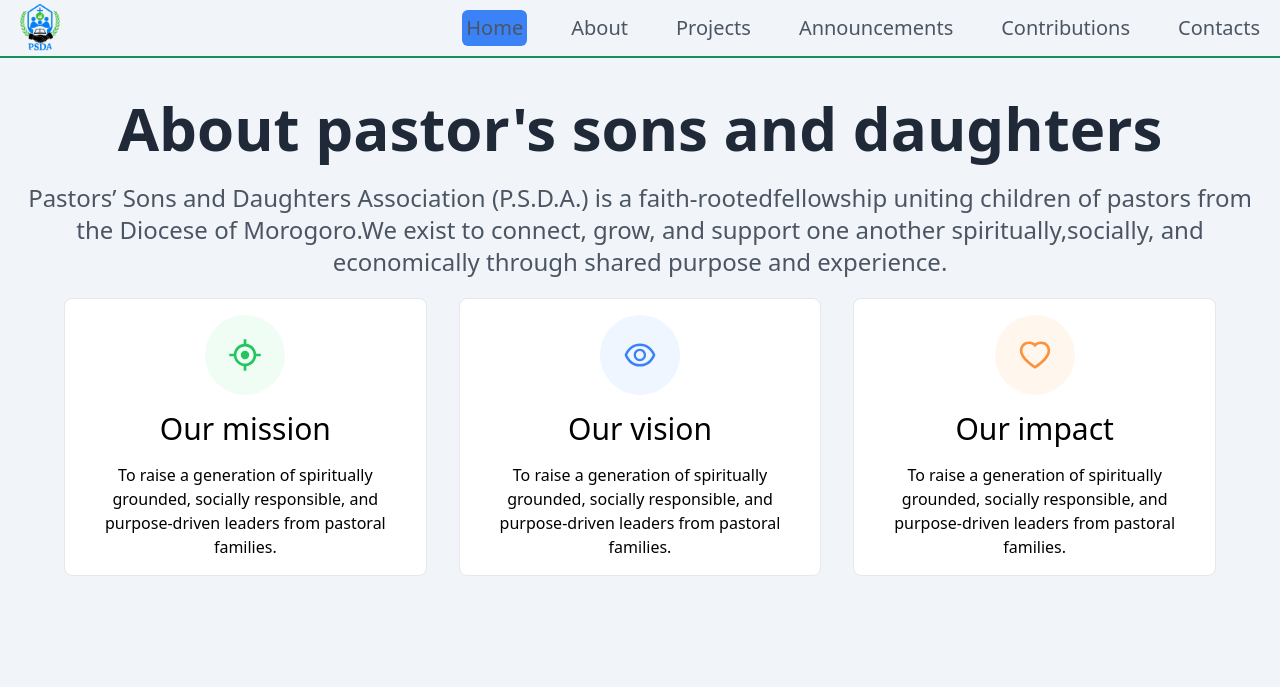
Repository: Zedestar/psda
Page: /about
The author's editor kept a copy of each file at every save. The page is drawn from the files as they stood at one save, then again after the next save.
The browser window is 1280 px wide. The pictures show the whole page.
The project was rebuilt for these pictures with package versions that can differ from the ones it lists, and the page was loaded fresh each time. Also part of the build but not shown: src/pages/home/home.jsx, src/pages/projects/projects.jsx, src/pages/announcements/announcements.jsx, src/pages/contirbutions/contributions.jsx, src/pages/contacts/contacts.jsx.

Above is the page before, as saved 2025-07-18 20:10:20.

### src/index.js
import React from "react";
import ReactDOM from "react-dom/client";
import App from "./App";
import "./index.css";
import { BrowserRouter } from "react-router-dom";

const root = ReactDOM.createRoot(document.getElementById("root"));
root.render(
  <BrowserRouter>
    <React.StrictMode>
      <App />
    </React.StrictMode>
  </BrowserRouter>
);

### src/App.js
import { Route, Routes } from "react-router-dom";
import Header from "./components/header/header";
import Home from "./pages/home/home";
import AboutPage from "./pages/about/about";
import Projects from "./pages/projects/projects";
import Announcements from "./pages/announcements/announcements";
import Contributions from "./pages/contirbutions/contributions";
import Contacts from "./pages/contacts/contacts";

function App() {
  return (
    <div className="flex flex-col flex-center h-screen bg-slate-100">
      <Header />
      <Routes>
        <Route path="/" element={<Home />} />
        <Route path="/about" element={<AboutPage />} />
        <Route path="/projects" element={<Projects />} />
        <Route path="/announcements" element={<Announcements />} />
        <Route path="/contributions" element={<Contributions />} />
        <Route path="/contact" element={<Contacts />} />
      </Routes>
    </div>
  );
}

export default App;

### src/components/header/header.jsx
import { useState } from "react";
import headerData from "./header-data";
import HeaderItem from "./header-item";
import psdaImage from "../../assets/images/psdaImage.png";

function Header() {
  const [active, setActive] = useState(1);
  return (
    <header className="flex items-center justify-between px-4 py-1 border-b-2 border-b-psdaGreen">
      <div className="text-3xl rounded-full overflow-hidden">
        <img className="h-12 w-12" src={psdaImage} alt="" />
      </div>{" "}
      <ul className="hidden lg:flex justify-center space-x-10 flex-center">
        {headerData.map((item) => (
          <HeaderItem
            key={item.id}
            item={item}
            active={active}
            setActive={setActive}
          />
        ))}
      </ul>
      <ul className="lg:hidden">
        <li>miaaa</li>
        <li>miaaa</li>
        <li>miaaa</li>
        <li>miaaa</li>
        <li>miaaa</li>
      </ul>
    </header>
  );
}

export default Header;

### src/pages/about/about.jsx
import aboutUsData from "./about-us-data";
import mission_vission_impact_data from "./mission-vission-impact";

function AboutPage() {
  return (
    <div className="w-full h-full py-5 ">
      <div className="flex flex-col m-5 space-y-6">
        <p className="text-center text-6xl font-semibold text-gray-800">
          About pastor's sons and daughters
        </p>
        <p className="text-center text-gray-600 text-2xl">{aboutUsData}</p>
      </div>
      <div className="flex mx-12">
        {mission_vission_impact_data.map((item) => (
          <div className="border flex flex-col justify-center mx-4 space-y-4 p-4 rounded-lg text-center hover:shadow-slate-800 bg-white">
            <div className="w-full flex items-center justify-center">
              <div
                className={`flex items-center justify-center rounded-full ${item.color} w-20 h-20`}
              >
                {item.icon}
              </div>
            </div>

            <p className="text-3xl">{item.title}</p>
            <p>{item.content}</p>
          </div>
        ))}
      </div>
    </div>
  );
}

export default AboutPage;

### src/components/header/header-data.js
const headerData = [
  {
    id: 1,
    content: "Home",
    link: "/",
  },
  {
    id: 2,
    content: "About",
    link: "/about",
  },
  {
    id: 3,
    content: "Projects",
    link: "/projects",
  },
  {
    id: 4,
    content: "Announcements",
    link: "/announcements",
  },
  {
    id: 5,
    content: "Contributions",
    link: "/contributions",
  },
  {
    id: 6,
    content: "Contacts",
    link: "/contact",
  },
];

export default headerData;

### src/components/header/header-item.jsx
import { Link } from "react-router-dom";

function HeaderItem({ item, active, setActive }) {
  console.log(active);
  return (
    <li
      className={`p-1 rounded-md text-xl text-gray-600 font-gray-100 hover:bg-gray-200 transition cursor-pointer ${
        item.id === active ? "bg-blue-500" : ""
      }`}
      onClick={() => setActive(item.id)}
    >
      <Link to={item.link}>{item.content}</Link>
    </li>
  );
}

export default HeaderItem;

### src/pages/about/about-us-data.js
const aboutUsData =
  "Pastors’ Sons and Daughters Association (P.S.D.A.) is a faith-rootedfellowship uniting children of pastors from the Diocese of Morogoro.We exist to connect, grow, and support one another spiritually,socially, and economically through shared purpose and experience.";

export default aboutUsData;

### src/pages/about/mission-vission-impact.js
import { AiOutlineAim, AiOutlineEye, AiOutlineHeart } from "react-icons/ai";

const mission_vission_impact_data = [
  {
    id: 1,
    title: "Our mission",
    content:
      "To raise a generation of spiritually grounded, socially responsible, and purpose-driven leaders from pastoral families.",
    icon: <AiOutlineAim className="text-4xl text-green-500" />,
    color: "bg-green-50",
  },
  {
    id: 2,
    title: "Our vision",
    content:
      "To raise a generation of spiritually grounded, socially responsible, and purpose-driven leaders from pastoral families.",
    icon: <AiOutlineEye className="text-4xl text-blue-500" />,
    color: "bg-blue-50",
  },
  {
    id: 3,
    title: "Our impact",
    content:
      "To raise a generation of spiritually grounded, socially responsible, and purpose-driven leaders from pastoral families.",
    icon: <AiOutlineHeart className="text-4xl text-orange-400" />,
    color: "bg-orange-50",
  },
];

export default mission_vission_impact_data;

### tailwind.config.js
/** @type {import('tailwindcss').Config} */
module.exports = {
  content: ["./src/**/*.{js,jsx,ts,tsx}"],
  theme: {
    extend: {
      colors: {
        psdaGreen: "#1A8F57",
      },
    },
  },
  plugins: [],
};

Loaded but not shown: public/index.html (common file); src/index.css (common file)

After the next save:
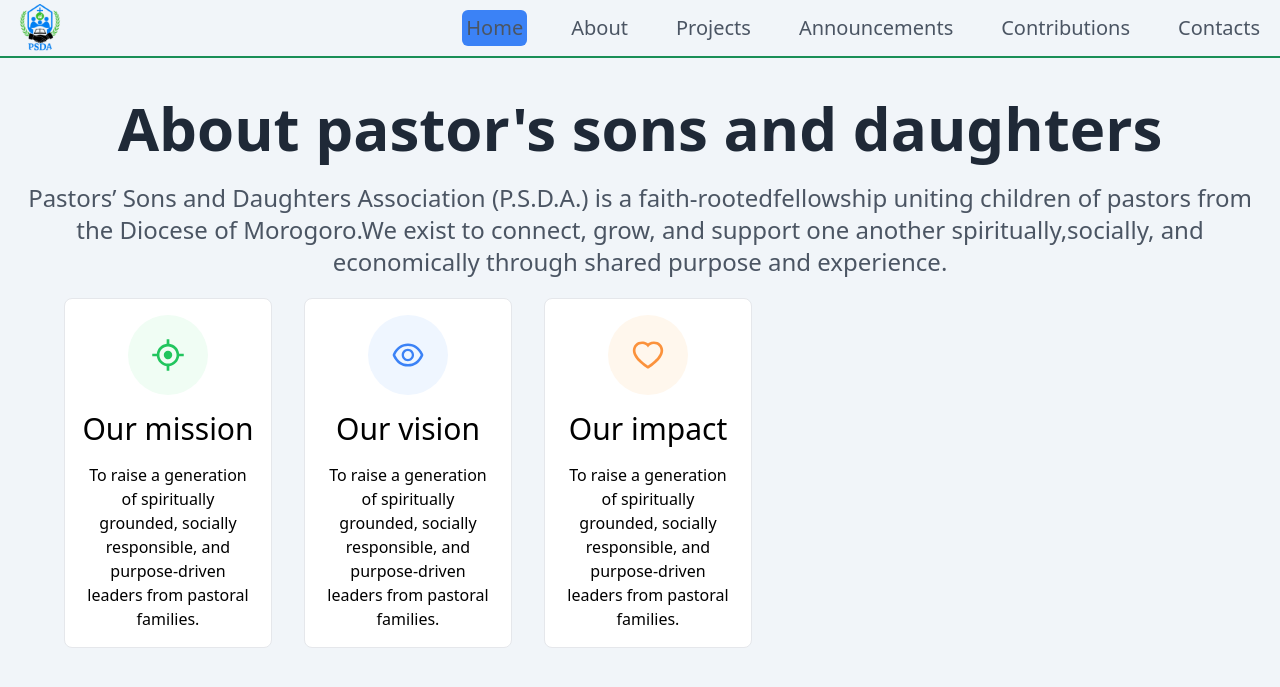
Saved 37 s later.
--- a/src/pages/about/about.jsx
+++ b/src/pages/about/about.jsx
@@ -12,7 +12,7 @@ function AboutPage() {
       </div>
       <div className="flex mx-12">
         {mission_vission_impact_data.map((item) => (
-          <div className="border flex flex-col justify-center mx-4 space-y-4 p-4 rounded-lg text-center hover:shadow-slate-800 bg-white">
+          <div className="border flex flex-col justify-center mx-4 space-y-4 p-4 rounded-lg text-center w-52 hover:shadow-slate-800 bg-white">
             <div className="w-full flex items-center justify-center">
               <div
                 className={`flex items-center justify-center rounded-full ${item.color} w-20 h-20`}
